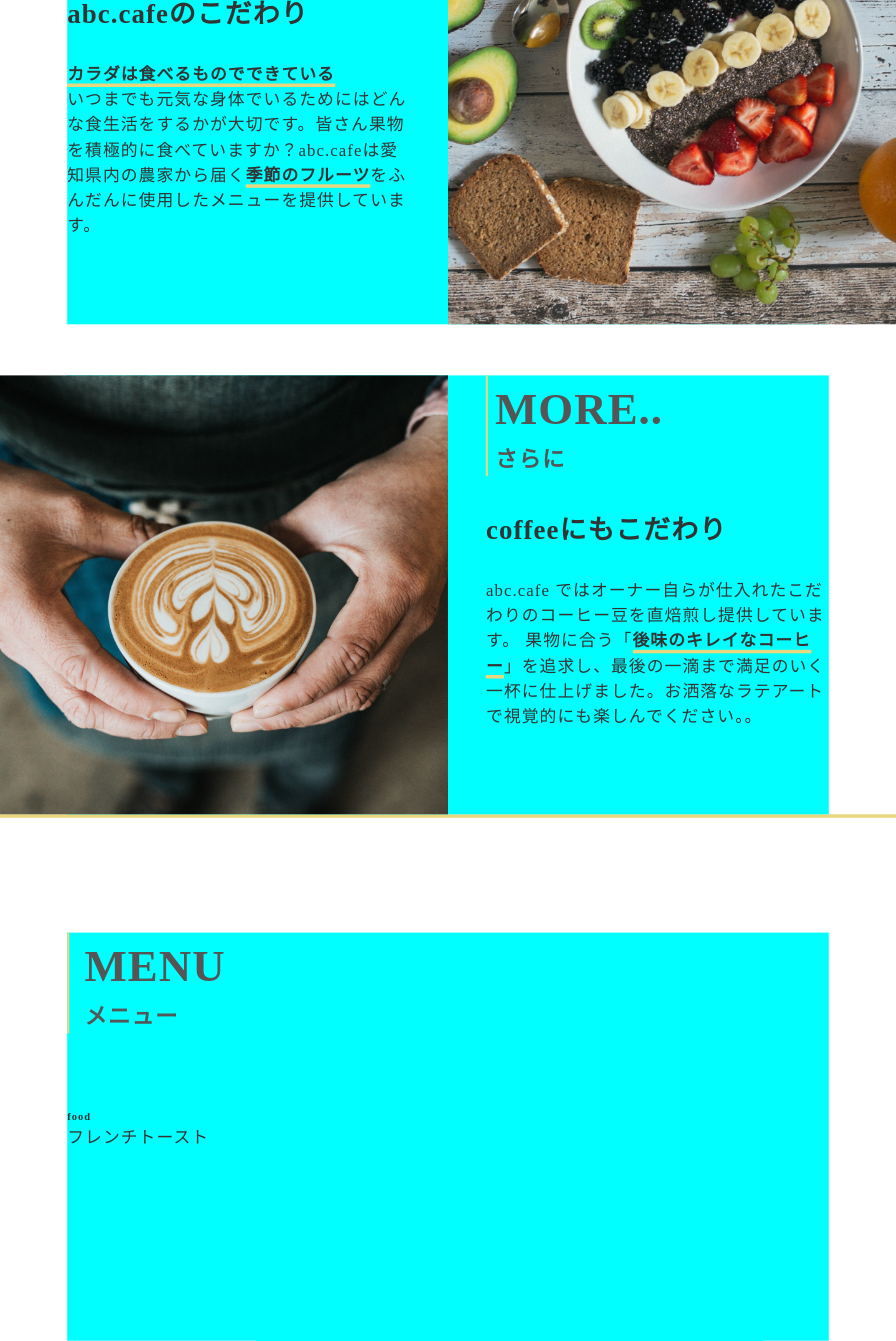
Repository: nozomi-23/lp1_test
Page: index.html
An editor plug-in stored every save of this project. The page is shown before and after a run of saves, followed by the edit.
The browser window is 1280 px wide. The pictures show the part of the page from y = 1816 to 3736 px (the page is 3731 px tall before and 3736 px after), at 70% of full size.

Above is the page before, as saved 2022-06-08 14:23:49.

### index.html
<!DOCTYPE html>
<html lang="ja">
<head>
  <meta charset="UTF-8">
  <title>abc.cafe</title>
  <meta name="description" content="旬の果物とオーガニックなカフェ">
  <meta name="keywords" content="cafe,カフェ,フルーツ,お洒落">
  <meta name="viewport" content="width=device-width, initial-scale=1.0">
  <meta property="og:title" content="フルーツカフェ「abc.cafe」">
  <meta property="og:type" content="article">
  <meta property="og:url" content="https://withcode-plus.tech">
  <meta property="og:image" content="img/logo.png">
  <meta property="og:description" content="旬の果物とカラダに優しい食事を。">
  <meta property="og:site_name" content="お洒落なフルーツカフェ">
  <link rel="icon" href="img/favicon1.ico">
  <link rel="apple-touch-icon" sizes="180x180" href="img/logo.png">
  <link rel="preconnect" href="https://fonts.googleapis.com">
  <link rel="preconnect" href="https://fonts.gstatic.com" crossorigin>
  <link href="https://fonts.googleapis.com/css2?family=Noto+Serif+JP:wght@400;500;600;700;900&display=swap"
    rel="stylesheet">
  <link rel="stylesheet" href="css/reset.css">
  <link rel="stylesheet" href="css/common.css">
</head>
<body>
  <!-- ============= header -->
  <header>
    <div class="header_wrapper">
      <div class="inner">
        <nav class="header_nav">
          <ul>
            <li><a href="#news">NEWS<span>ニュース</span></a></li>
            <li><a href="#about">ABOUT<span>abc.cafeとは</span></a></li>
            <li><a href="#menu">MENU<span>メニュー</span></a></li>
            <li><a href="#access">ACCESS<span>アクセス</span></a></li>
            <li><a href="#contact">CONTACT<span>お問合せ</span></a></li>
          </ul>
        </nav>
      </div>
    </div>
  </header>
  <!-- ===================-main -->
  <div class="top_wrapper">
    <div class="top_inner">
      <h1>abc.cafe</h1>
    </div>
  </div>
  <!-- ===================-news -->
  <section id="news">
    <div class="news_wrapper">
      <div class="inner">
        <h2 class="title">NEWS<span>最新情報</span></h2>
        <div class="news_txt">
          <table>
            <tr>
              <th>2022.6</th>
              <td>今月の営業時間　更新しました</td>
            </tr>
            <tr>
              <th>2022.5</th>
              <td>期間限定　季節のフルーツパフェはじめました</td>
            </tr>
            <tr>
              <th>2022.3</th>
              <td>新メニュー追加しました</td>
            </tr>
          </table>
        </div>
      </div>
    </div>
  </section>
  <!-- ===================-about -->
  <section class="about_img_1 section" id="about">
    <div class="inner">
      <div class="about_descript">
        <h2 class="title">ABOUT<span>abc.cafeについて</span></h2>
        <div class="txt">
          <h3>abc.cafeのこだわり</h3>
          <p><strong>カラダは食べるものでできている</strong><br>
            いつまでも元気な身体でいるためにはどんな食生活をするかが大切です。皆さん果物を積極的に食べていますか？abc.cafeは愛知県内の農家から届く<strong>季節のフルーツ</strong>をふんだんに使用したメニューを提供しています。</p>
        </div>
    </div>
    </div>
    </section>
  <section class="about_img_2" section  id="about">
    <div class="inner">
      <div class="about_descript about_descript_right">
        <h2 class="title">MORE..<span>さらに</span></h2>
        <div class="txt">
          <h3>coffeeにもこだわり</h3>
          <p>abc.cafe ではオーナー自らが仕入れたこだわりのコーヒー豆を直焙煎し提供しています。
          果物に合う「<strong>後味のキレイなコーヒー</strong>」を追求し、最後の一滴まで満足のいく一杯に仕上げました。お洒落なラテアートで視覚的にも楽しんでください。。
          </p>
        </div>
    </div>
    </div>
  </div>
  </section>

  <!-- ===================-menu -->
  <section class="menu_wrapper section" id="menu">
    <div class="inner">
      <h2 class="title">MENU<span>メニュー</span></h2>
      <div class="fram">
        <div class="txt">
          <h4>food</h4>
          <p>フレンチトースト</p>
        </div>

      </div>
    </div>
  </section>







</body>
</html>

### css/reset.css
@charset "UTF-8";

html,
body,
div,
span,
object,
iframe,
h1,
h2,
h3,
h4,
h5,
h6,
p,
blockquote,
pre,
abbr,
address,
cite,
code,
del,
dfn,
em,
img,
ins,
kbd,
q,
samp,
small,
strong,
sub,
sup,
var,
b,
i,
dl,
dt,
dd,
ol,
ul,
li,
fieldset,
form,
label,
legend,
table,
caption,
tbody,
tfoot,
thead,
tr,
th,
td,
article,
aside,
canvas,
details,
figcaption,
figure,
footer,
header,
hgroup,
menu,
nav,
section,
summary,
time,
mark,
audio,
video {
  margin: 0;
  padding: 0;
  border: 0;
  outline: 0;
  font-size: 100%;
  vertical-align: baseline;
  background: transparent;
}

body {
  line-height: 1;
}

article,
aside,
details,
figcaption,
figure,
footer,
header,
hgroup,
menu,
nav,
section {
  display: block;
}

nav ul {
  list-style: none;
}

blockquote,
q {
  quotes: none;
}

blockquote:before,
blockquote:after,
q:before,
q:after {
  content: '';
  content: none;
}

a {
  margin: 0;
  padding: 0;
  font-size: 100%;
  vertical-align: baseline;
  background: transparent;
}

/* change colours to suit your needs */
ins {
  background-color: #ff9;
  color: #000;
  text-decoration: none;
}

/* change colours to suit your needs */
mark {
  background-color: #ff9;
  color: #000;
  font-style: italic;
  font-weight: bold;
}

del {
  text-decoration: line-through;
}

abbr[title],
dfn[title] {
  border-bottom: 1px dotted;
  cursor: help;
}

table {
  border-collapse: collapse;
  border-spacing: 0;
}

/* change border colour to suit your needs */
hr {
  display: block;
  height: 1px;
  border: 0;
  border-top: 1px solid #cccccc;
  margin: 1em 0;
  padding: 0;
}

input,
select {
  vertical-align: middle;
}

### css/common.css
@charset "UTF-8";

body {
  font-size: 15px;
  color: #333;
  font-family: 'Noto Serif JP', serif;
  word-break: break-all;
  letter-spacing: 0.1em;
  line-height: 1.5;
}
a {
  text-decoration: none;
  color: #333;
}
li {
  list-style: none;
}
.inner {
  width: 85%;
  margin: 0 auto;
  background-color: aqua;
}
/* =====================
共通パーツ
=========================*/
.title {
  font-weight: bold;
  font-size: 4rem;
  color: #555;
  border-left: solid 3px #E9D77D;
  padding-left: 2%;
  margin-top: 15%;
  margin-bottom: 10%;
}
.title span {
  display: block;
  font-size: 2rem;
}
.section {
  border-top: solid 5px #E9D77D;
}

/* =====================
header
=========================*/
.header_wrapper {
  width: 100%;
  background-color: #634B47;
}
.header_nav ul {
  width: 100%;
  display: table;
}
.header_nav ul li {
  display: table-cell;
  text-align: center;
}
.header_nav ul li a {
  display: inline-block;
  color: #fff;
  padding: 8% 0;
}
.header_nav ul li a:hover {
  opacity: 0.5;
}
.header_nav ul li a span {
  display: block;
  margin-top: 10%;
}
/* =====================
main
=========================*/
.top_wrapper {
  width: 100%;
  height: 85vh;
  overflow: hidden;
  background: url(../img/main.png) no-repeat center;
  background-size: cover;
  /* margin-bottom: 120px; */
}
.top_wrapper::after {
  content: "";
  position: relative;
  width: 100%;
}
.top_inner {
  position: absolute;
  top: 20%;
  left: 37%;
  z-index: 1;
}
.top_inner h1{
  font-family: 'Lobster', cursive;
  font-size: 15rem;
  color: #fff;
  opacity: 65%;
}
/* =====================
news
=========================*/
.news_wrapper {
  margin-bottom: 14%;
}
.news_txt table{
  margin: 0 auto;
  background-color: #E9D77D;
  font-size: 1.5rem;
}
.news_txt tr {
  border-top: solid 1px;
}
.news_txt th {
  padding: 20px 140px 20px 0;
  font-weight: normal;
}
.news_txt td {
  padding: 20px 140px 20px 0;
}
/* =====================
about
=========================*/

.txt h3 {
  font-size: 2.4rem;
  margin-bottom: 1em;
}
.txt p {
  font-size: 1.5rem;
  padding-bottom: 25%;
}
.txt strong {
  border-bottom: solid 5px #E9D77D;
}
.about_img_1 {
  position: relative;
}
.about_img_1::after {
  position: absolute;
  content: "";
  background: url(../img/about_1.png) no-repeat center;
  background-size: cover;
  width: 50%;
  height: 100%;
  top: 0;
  left: 50%;
}
.about_img_2 {
  position: relative;
}
.about_img_2::after {
  position: absolute;
  content: "";
  background: url(../img/about_2.png) no-repeat center;
  background-size: cover;
  width: 50%;
  height: 100%;
  top: 0;

}
.about_descript {
  width: 45%;
}
.about_descript_right {
  position: relative;
  left: 55%;
}
/* =====================
menu
=========================*/

After the next 2 saves:
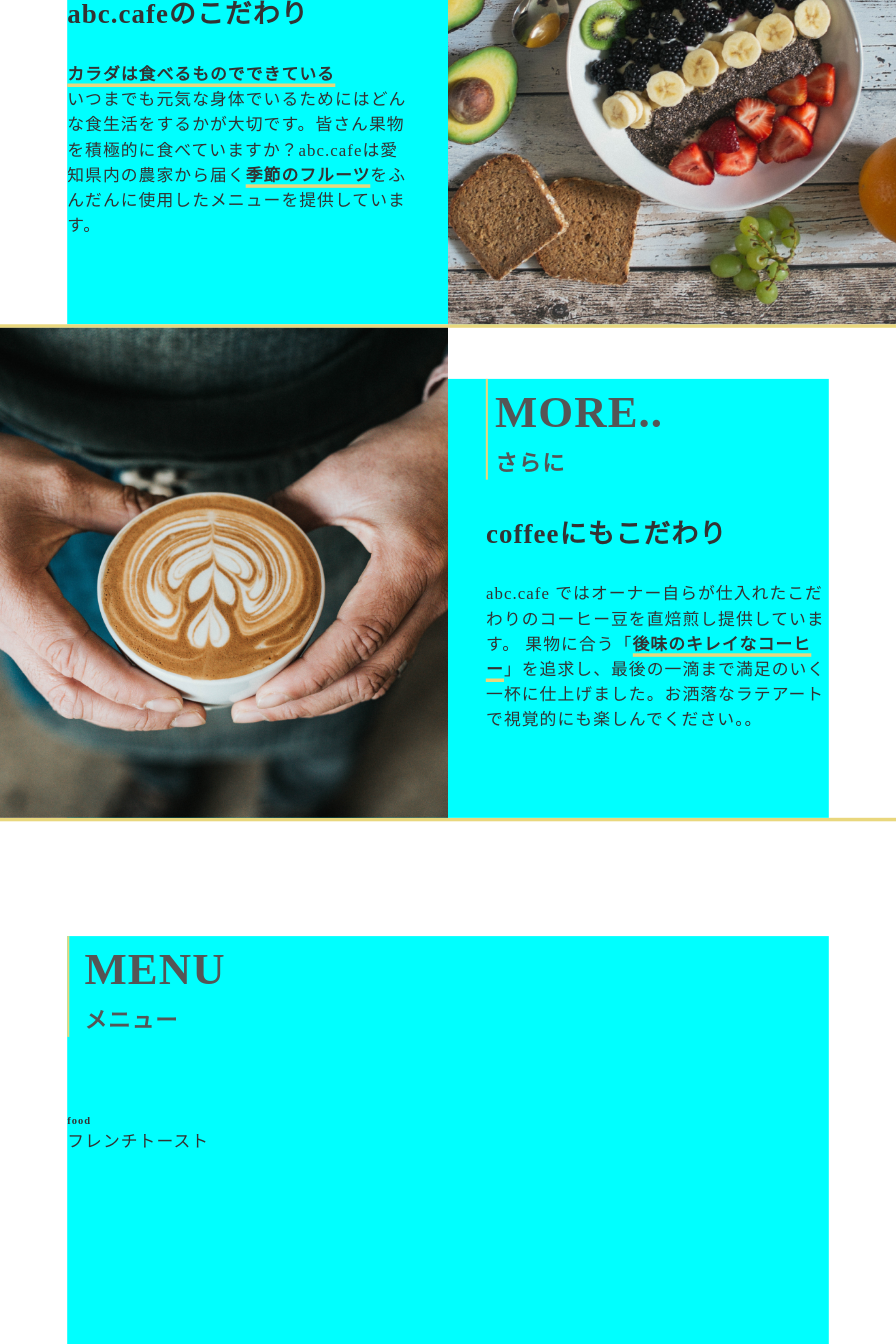
The 2 saves are shown as one change because they came seconds apart.
The last was saved 7 s later.
--- a/index.html
+++ b/index.html
@@ -81,7 +81,7 @@
     </div>
     </div>
     </section>
-  <section class="about_img_2" section  id="about">
+  <section class="about_img_2 section"   id="about">
     <div class="inner">
       <div class="about_descript about_descript_right">
         <h2 class="title">MORE..<span>さらに</span></h2>
